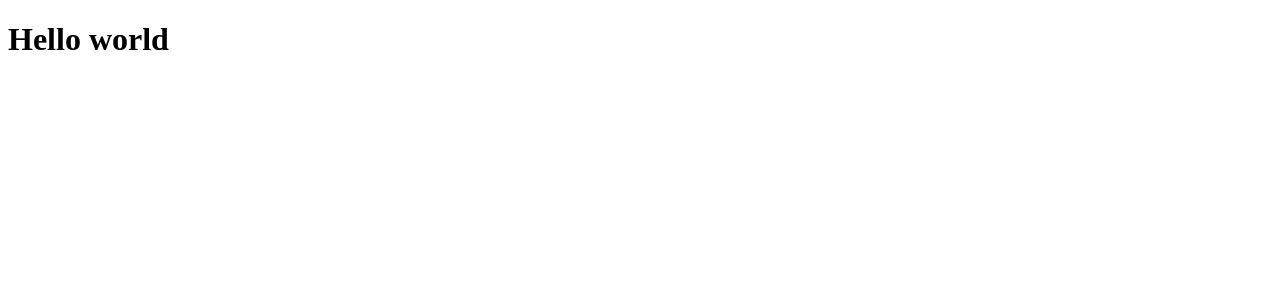
Repository: jungeunpark980906/back.jsp_study
Page: http://localhost/jsp_study/
These files come from the project's save history. The page is drawn as it stood at one moment and after the next save; the edit follows.
The browser window is 1280 px wide. The pictures show the whole page.
The page is served by Tomcat 9.

Above is the page before, as saved 2023-05-11 00:14:14.

After the next save:
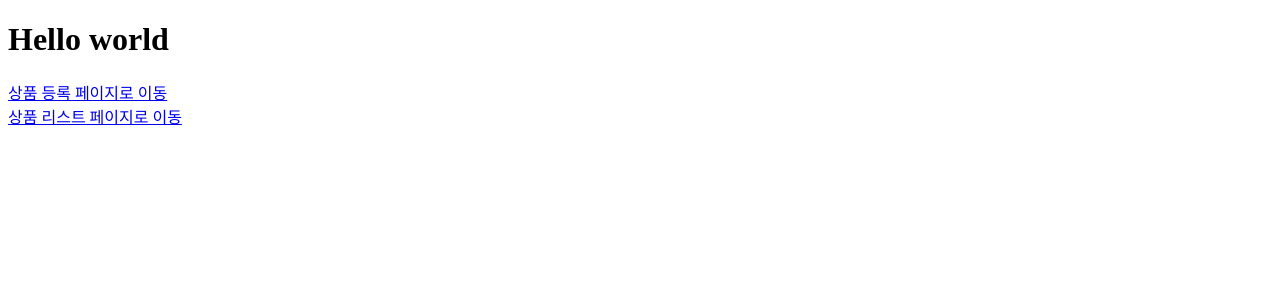
Saved 44 s later.
--- a/jsp_project1/jsp_study/src/main/webapp/index.jsp
+++ b/jsp_project1/jsp_study/src/main/webapp/index.jsp
@@ -8,5 +8,9 @@
 </head>
 <body>
 	<h1>Hello world</h1>
+
+	<a href="register.pd"> 상품 등록 페이지로 이동</a>
+	<br>
+	<a href="list.pd"> 상품 리스트 페이지로 이동</a>
 </body>
 </html>
